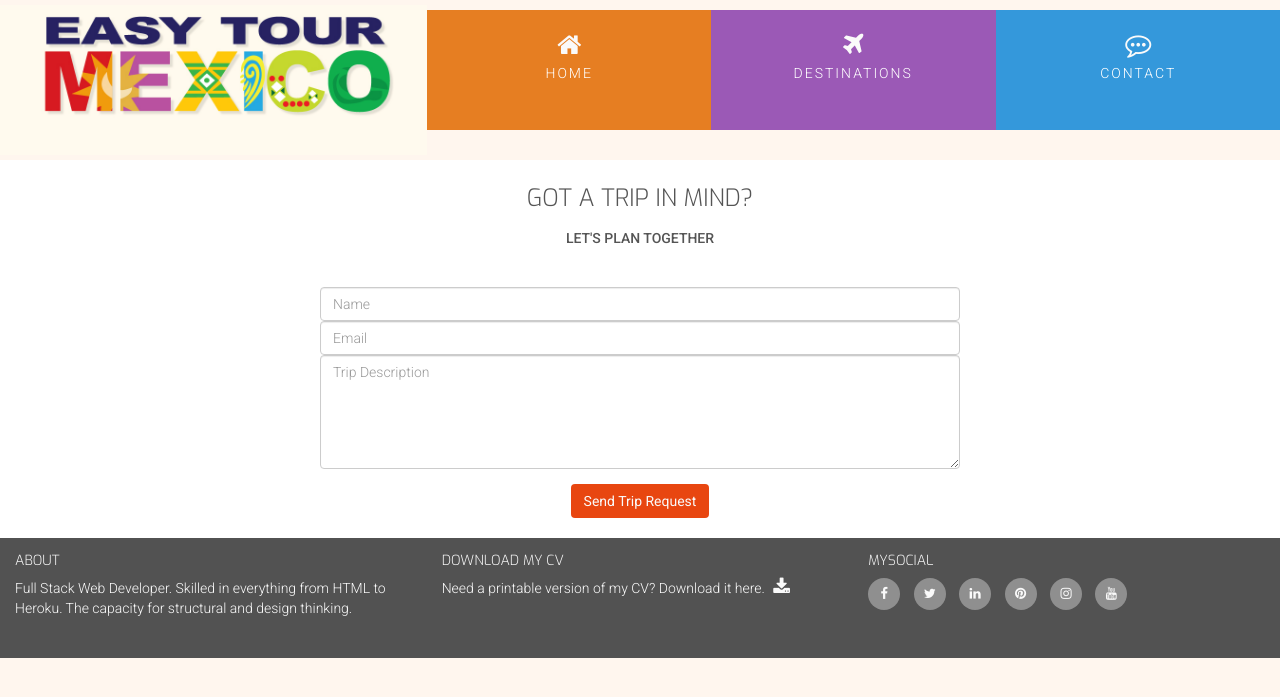
Repository: navegantemx/holiday-destination
Page: contact.html
The author's editor kept a record of every edit. The page is drawn from the files as they stood at one moment, then again after the next edit.
The browser window is 1280 px wide. The pictures show the whole page.
Some web libraries are served in a nearby version.

Above is the page before.
Console error: ReferenceError: emailjs is not defined

After the next edit:
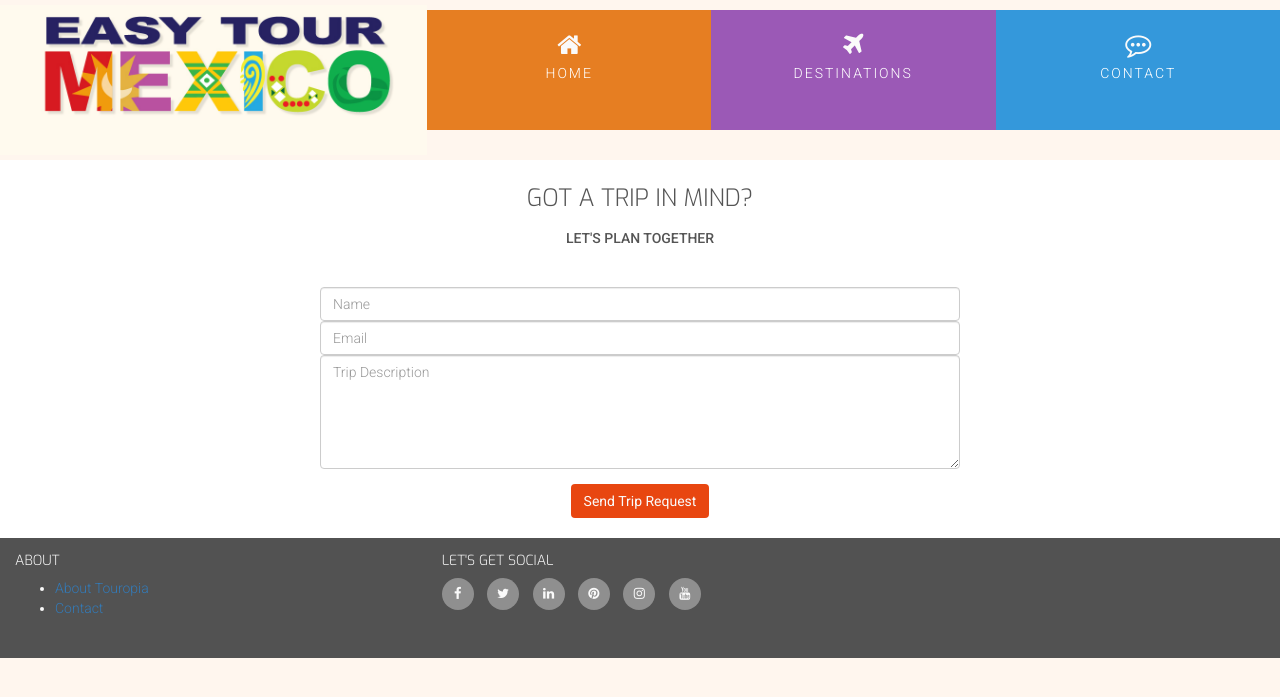
The edit:
--- a/contact.html
+++ b/contact.html
@@ -59,19 +59,13 @@
         <div id="footer-details " class="row ">
             <div class="col-sm-4 ">
                 <h5 class="uppercase general-sub ">About</h5>
-                <p class="inline-block ">
-                    Full Stack Web Developer. Skilled in everything from HTML to Heroku. The capacity for structural and design thinking.
-                </p>
+                <ul>
+                    <li><a href="https://www.touropia.com/about/">About Touropia</a></li>
+                    <li><a href="https://www.touropia.com/contact/">Contact</a></li>
+                </ul>
             </div>
             <div class="col-sm-4 ">
-                <h5 class="uppercase general-sub ">Download My CV</h5>
-                <p class="inline-block ">
-                    Need a printable version of my CV? Download it here.
-                    <a href="assets/cv/sample-cv.pdf" target="_blank" class="cv-pdf "><i class="fa fa-download " aria-hidden="true "></i></a>
-                </p>
-            </div>
-            <div class="col-sm-4 ">
-                <h5 class="uppercase general-sub ">MySocial</h5>
+                <h5 class="uppercase general-sub ">Let's get Social</h5>
                 <ul class="list-inline social-links ">
                     <li><a target="_blank " href="# "><i class="fa fa-facebook "></i></a></li>
                     <li><a target="_blank " href="# "><i class="fa fa-twitter "></i></a></li>
